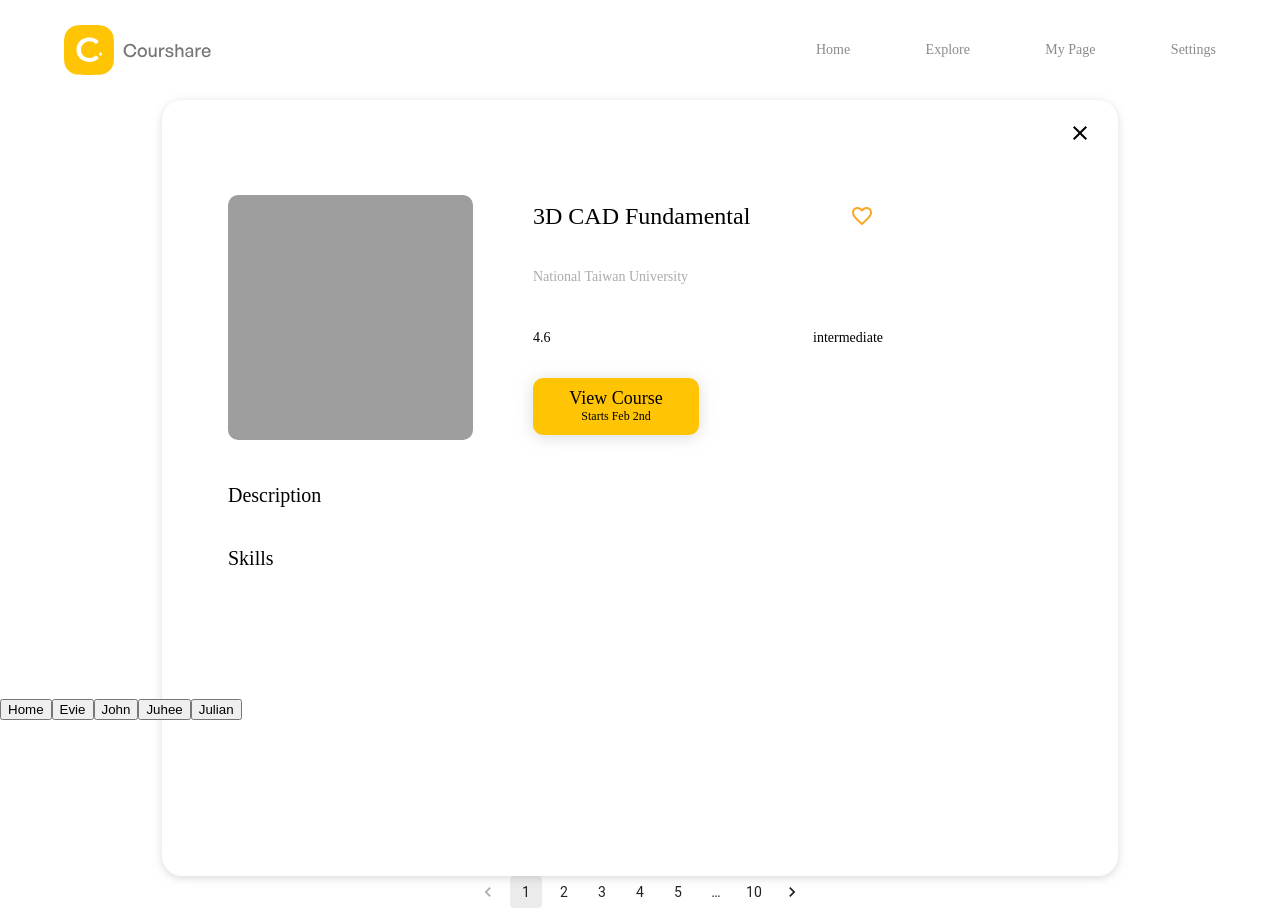
Repository: julianm09/courshare-app
Page: /comps/juhee
The author's editor kept a copy of each file at every save. The page is drawn from the files as they stood at one save, then again after the next save.
The browser window is 1280 px wide. The pictures show the whole page.
Pictures or frames that could not be fetched are drawn as grey boxes. The project was rebuilt for these pictures with package versions that can differ from the ones it lists, and the page was loaded fresh each time. The framework's server and built-in components were replaced by stand-ins that run in the browser. Also part of the build but not shown: next.config.js.

Above is the page before, as saved 2022-02-07 15:32:00.

### pages/_app.js
import "../styles/globals.css";
import styled from "styled-components";
import { useRouter } from "next/router";
import Navbar from "@/components/Navbar";

function MyApp({ Component, pageProps }) {
  const r = useRouter();
  return (
    <>
    <Navbar/>
      <Component {...pageProps} />

      <BotNav>
        <button onClick={() => r.push("/")}>Home</button>
        <button onClick={() => r.push("/comps/evie")}>Evie</button>
        <button onClick={() => r.push("/comps/john")}>John</button>
        <button onClick={() => r.push("/comps/juhee")}>Juhee</button>
        <button onClick={() => r.push("/comps/julian")}>Julian</button>
      </BotNav>
    </>
  );
}

const BotNav = styled.div`
  position: fixed;
  bottom: 0px;
`;

export default MyApp;

### pages/comps/juhee.js
import styled from "styled-components";
import CourseDetailCard from "@/components/CourseDetailCard";
import PageNavigation from "@/components/PageNavigation";

export default function Juhee() {
  return (
    <Cont>
      {/* make components here */}
      <CourseDetailCard></CourseDetailCard>
      <PageNavigation></PageNavigation>
    </Cont>
  );
}

const Cont = styled.div`
  display: flex;
  align-items: center;
  flex-direction: column;
  width: 100%;
`;

### styles/globals.css
@import url("general-sans.css");

html,
body {
  padding: 0;
  margin: 0;
  font-family: -apple-system, BlinkMacSystemFont, Segoe UI, Roboto, Oxygen,
    Ubuntu, Cantarell, Fira Sans, Droid Sans, Helvetica Neue, sans-serif;
}

a {
  color: inherit;
  text-decoration: none;
}

* {
  box-sizing: border-box;
}

### components/Navbar.js
import styled from "styled-components";
import { useState } from "react";
import { useRouter } from "next/router";

export default function Navbar({}) {
  const r = useRouter();

  const [menu, setMenu] = useState(false);

  const handleLink = (t) => {
    setMenu(false);
    r.push(t);
  };

  return (
    <NavbarUI>
      <Logo
        src="/logo.svg"
        selected={r.pathname == "/"}
        onClick={() => handleLink("/")}
      ></Logo>
      <Navigation>
        <LinkUI selected={r.pathname == "/"} onClick={() => handleLink("/")}>
          Home
        </LinkUI>
        <LinkUI
          selected={r.pathname == "/explore"}
          onClick={() => handleLink("/explore")}
        >
          Explore
        </LinkUI>
        <LinkUI
          selected={r.pathname == "/mypage"}
          onClick={() => handleLink("/mypage")}
        >
          My Page
        </LinkUI>
        <LinkUI
          selected={r.pathname == "/settings"}
          onClick={() => handleLink("/settings")}
        >
          Settings
        </LinkUI>
      </Navigation>
      <MenuIcon
        src={menu ? "/icons/close.svg" : "/icons/menu.svg"}
        onClick={() => setMenu(!menu)}
      />
      {menu ? (
        <MobileMenu>
          <LinkUI selected={r.pathname == "/"} onClick={() => handleLink("/")}>
            Home
          </LinkUI>
          <LinkUI
            selected={r.pathname == "/explore"}
            onClick={() => handleLink("/explore")}
          >
            Explore
          </LinkUI>
          <LinkUI
            selected={r.pathname == "/mypage"}
            onClick={() => handleLink("/mypage")}
          >
            My Page
          </LinkUI>
          <LinkUI
            selected={r.pathname == "/settings"}
            onClick={() => handleLink("/settings")}
          >
            Settings
          </LinkUI>
        </MobileMenu>
      ) : (
        <></>
      )}
    </NavbarUI>
  );
}

const NavbarUI = styled.div`
  width: 100%;
  padding: 0 5%;
  height: 100px;
  display: flex;
  align-items: center;
  justify-content: space-between;

  -webkit-touch-callout: none; /* iOS Safari */
  -webkit-user-select: none; /* Safari */
  -khtml-user-select: none; /* Konqueror HTML */
  -moz-user-select: none; /* Old versions of Firefox */
  -ms-user-select: none; /* Internet Explorer/Edge */
  user-select: none; /* Non-prefixed version, currently supported by Chrome, Edge, Opera and Firefox */
`;

const Logo = styled.img`
  cursor: pointer;
`;

const Navigation = styled.div`
  display: flex;
  justify-content: space-between;
  width: 400px;
  @media (max-width: 1000px) {
    display: none;
  }
`;

const LinkUI = styled.div`
  cursor: pointer;
  font-family: General Sans;
  font-style: normal;
  font-size: 14px;
  line-height: 24px;
  color: #8b8b8b;
  color: ${(props) => (props.selected ? "#595959" : "#8B8B8B")};
  font-weight: ${(props) => (props.selected ? "500" : "400")};
`;

const MenuIcon = styled.img`
  cursor: pointer;
  display: none;
  @media (max-width: 1000px) {
    display: flex;
  }
`;

const MobileMenu = styled.div`
  cursor: pointer;
  display: flex;
  position: absolute;
  height: 200px;
  flex-direction: column;
  justify-content: space-between;
  align-items: flex-end;
  top: 100px;
  width: 90%;
  @media (min-width: 1000px) {
    display: none;
  }
`;

### components/CourseDetailCard.js
import styled from "styled-components";
import { useState } from "react";
import Favorite from "@mui/icons-material/Favorite";
import FavoriteBorder from "@mui/icons-material/FavoriteBorder";
import { Checkbox } from "@mui/material";
import RegisterButton from "../components/RegisterButton";
import { yellow } from "@mui/material/colors";
import CloseIcon from "@mui/icons-material/Close";

const BigCont = styled.div`
  display: flex;
  flex-direction: column;
  width: 956px;
  height: 776px;
  background-color: #ffffff;
  box-shadow: 0px 2px 8px 0px rgba(185, 185, 185, 0.52);
  border-radius: 20px;
  font-family: General Sans;
`;
const ButtonCont = styled.div`
  display: flex;
  justify-content: flex-end;
  margin-right: 20px;
  margin-top: 20px;
`;

const ContentCont = styled.div`
  display: flex;
  flex-direction: column;
  justify-content: space-between;
  padding: 46px 66px 66px 66px;
`;
const FristCont = styled.div`
  display: flex;
  flex-direction: row;
`;
const LeftCont = styled.div``;

const Img = styled.img`
  width: 245px;
  height: 245px;
  border-radius: 10px;
`;
const Heading1 = styled.p`
  font-size: 24px;
  margin: 0;
  font-weight: 500;
`;

const GreyText = styled.p`
  color: #aaaaaa;
  font-size: 14px;
`;
const RightCont = styled.div`
  height: 245px;
  margin-left: 60px;
  display: flex;
  flex-direction: column;
  align-items: space-between;
`;
const RightSmallCont = styled.div`
  width: 350px;
  display: flex;
  flex-direction: row;
  justify-content: space-between;
  align-items: center;
  margin-bottom: 5%;
`;
const SecondCont = styled.div`
  margin-top: 20px;
`;
const Heading2 = styled.p`
  font-size: 20px;
  font-weight: 500;
`;
const Desc = styled.p`
  font-size: 14px;
`;
const ThirdCont = styled.div``;

export default function CourseDetailCard({
  name = "3D  CAD Fundamental",
  school = "National Taiwan University",
  rating = 4.6,
  difficulty = "intermediate",
  description = "",
  skills = "",
}) {
  return (
    <BigCont>
      <ButtonCont>
        <button style={{ border: "none", background: "none" }}>
          <CloseIcon />
        </button>
      </ButtonCont>
      <ContentCont>
        <FristCont>
          <LeftCont>
            <Img src="https://images.unsplash.com/photo-1600869009498-8d429f88d4f5?ixlib=rb-1.2.1&ixid=MnwxMjA3fDB8MHxwaG90by1wYWdlfHx8fGVufDB8fHx8&auto=format&fit=crop&w=2340&q=80" />
          </LeftCont>
          <RightCont>
            <RightSmallCont>
              <Heading1>{name}</Heading1>
              <Checkbox
                sx={{
                  color: yellow[800],
                  "&.Mui-checked": {
                    color: yellow[600],
                  },
                }}
                icon={<FavoriteBorder />}
                checkedIcon={<Favorite />}
              />
            </RightSmallCont>
            <RightSmallCont>
              <GreyText>{school}</GreyText>
            </RightSmallCont>
            <RightSmallCont>
              <Desc>{rating}</Desc>
              <Desc>{difficulty}</Desc>
            </RightSmallCont>
            <RightSmallCont>
              <RegisterButton />
            </RightSmallCont>
          </RightCont>
        </FristCont>
        <SecondCont>
          <Heading2>Description</Heading2>
          <Desc>{description}</Desc>
        </SecondCont>
        <ThirdCont>
          <Heading2>Skills</Heading2>
          <Desc>{skills}</Desc>
        </ThirdCont>
      </ContentCont>
    </BigCont>
  );
}

### components/PageNavigation.js
import styled from "styled-components";
import Pagination from "@mui/material/Pagination";
import Stack from "@mui/material/Stack";
import { makeStyles } from "@mui/styles";
import { useState } from "react";

const Cont = styled.div``;

const useStyles = makeStyles(() => ({
  ul: {
    "& .MuiPaginationItem-root": {
      border: "#FFC403",
    },
  },
}));
export default function PageNavigation({}) {
  const classes = useStyles();
  return (
    <Cont>
      <Pagination
        count={10}
        variant="outlined"
        shape="rounded"
        classes={{ ul: classes.ul }}
      />
    </Cont>
  );
}

### styles/general-sans.css
/**
 * @license
 *
 * Font Family: General Sans
 * Designed by: Frode Helland
 * URL: https://www.fontshare.com/fonts/general-sans
 * © 2021 Indian Type Foundry
 *
 * Font Styles:
 * General Sans Variable(Variable font)
 * General Sans Variable Italic(Variable font)
 * General Sans Extralight
 * General Sans Extralight Italic
 * General Sans Light
 * General Sans Light Italic
 * General Sans Regular
 * General Sans Italic
 * General Sans Medium
 * General Sans Medium Italic
 * General Sans Semibold
 * General Sans Semibold Italic
 * General Sans Bold
 * General Sans Bold Italic
 *
*/


/**
* This is a variable font
* You can controll variable axes as shown below:
* font-variation-settings: 'wght' 700.0;
*
* available axes:

* 'wght' (range from 200.0 to 700.0)

*/

@font-face {
  font-family: 'GeneralSans-Variable';
  src: url('../fonts/GeneralSans-Variable.woff2') format('woff2'),
       url('../fonts/GeneralSans-Variable.woff') format('woff'),
       url('../fonts/GeneralSans-Variable.ttf') format('truetype');
       font-weight: 200 700;
       font-display: swap;
       font-style: normal;
}


/**
* This is a variable font
* You can controll variable axes as shown below:
* font-variation-settings: 'wght' 700.0;
*
* available axes:

* 'wght' (range from 200.0 to 700.0)

*/

@font-face {
  font-family: 'GeneralSans-VariableItalic';
  src: url('../fonts/GeneralSans-VariableItalic.woff2') format('woff2'),
       url('../fonts/GeneralSans-VariableItalic.woff') format('woff'),
       url('../fonts/GeneralSans-VariableItalic.ttf') format('truetype');
       font-weight: 200 700;
       font-display: swap;
       font-style: italic;
}


@font-face {
  font-family: 'GeneralSans-Extralight';
  src: url('../fonts/GeneralSans-Extralight.woff2') format('woff2'),
       url('../fonts/GeneralSans-Extralight.woff') format('woff'),
       url('../fonts/GeneralSans-Extralight.ttf') format('truetype');
       font-weight: 200;
       font-display: swap;
       font-style: normal;
}


@font-face {
  font-family: 'GeneralSans-ExtralightItalic';
  src: url('../fonts/GeneralSans-ExtralightItalic.woff2') format('woff2'),
       url('../fonts/GeneralSans-ExtralightItalic.woff') format('woff'),
       url('../fonts/GeneralSans-ExtralightItalic.ttf') format('truetype');
       font-weight: 200;
       font-display: swap;
       font-style: italic;
}


@font-face {
  font-family: 'GeneralSans-Light';
  src: url('../fonts/GeneralSans-Light.woff2') format('woff2'),
       url('../fonts/GeneralSans-Light.woff') format('woff'),
       url('../fonts/GeneralSans-Light.ttf') format('truetype');
       font-weight: 300;
       font-display: swap;
       font-style: normal;
}


@font-face {
  font-family: 'GeneralSans-LightItalic';
  src: url('../fonts/GeneralSans-LightItalic.woff2') format('woff2'),
       url('../fonts/GeneralSans-LightItalic.woff') format('woff'),
       url('../fonts/GeneralSans-LightItalic.ttf') format('truetype');
       font-weight: 300;
       font-display: swap;
       font-style: italic;
}


@font-face {
  font-family: 'GeneralSans-Regular';
  src: url('../fonts/GeneralSans-Regular.woff2') format('woff2'),
       url('../fonts/GeneralSans-Regular.woff') format('woff'),
       url('../fonts/GeneralSans-Regular.ttf') format('truetype');
       font-weight: 400;
       font-display: swap;
       font-style: normal;
}


@font-face {
  font-family: 'GeneralSans-Italic';
  src: url('../fonts/GeneralSans-Italic.woff2') format('woff2'),
       url('../fonts/GeneralSans-Italic.woff') format('woff'),
       url('../fonts/GeneralSans-Italic.ttf') format('truetype');
       font-weight: 400;
       font-display: swap;
       font-style: italic;
}


@font-face {
  font-family: 'GeneralSans-Medium';
  src: url('../fonts/GeneralSans-Medium.woff2') format('woff2'),
       url('../fonts/GeneralSans-Medium.woff') format('woff'),
       url('../fonts/GeneralSans-Medium.ttf') format('truetype');
       font-weight: 500;
       font-display: swap;
       font-style: normal;
}


@font-face {
  font-family: 'GeneralSans-MediumItalic';
  src: url('../fonts/GeneralSans-MediumItalic.woff2') format('woff2'),
       url('../fonts/GeneralSans-MediumItalic.woff') format('woff'),
       url('../fonts/GeneralSans-MediumItalic.ttf') format('truetype');
       font-weight: 500;
       font-display: swap;
       font-style: italic;
}


@font-face {
  font-family: 'GeneralSans-Semibold';
  src: url('../fonts/GeneralSans-Semibold.woff2') format('woff2'),
       url('../fonts/GeneralSans-Semibold.woff') format('woff'),
       url('../fonts/GeneralSans-Semibold.ttf') format('truetype');
       font-weight: 600;
       font-display: swap;
       font-style: normal;
}


@font-face {
  font-family: 'GeneralSans-SemiboldItalic';
  src: url('../fonts/GeneralSans-SemiboldItalic.woff2') format('woff2'),
       url('../fonts/GeneralSans-SemiboldItalic.woff') format('woff'),
       url('../fonts/GeneralSans-SemiboldItalic.ttf') format('truetype');
       font-weight: 600;
       font-display: swap;
       font-style: italic;
}


@font-face {
  font-family: 'GeneralSans-Bold';
  src: url('../fonts/GeneralSans-Bold.woff2') format('woff2'),
       url('../fonts/GeneralSans-Bold.woff') format('woff'),
       url('../fonts/GeneralSans-Bold.ttf') format('truetype');
       font-weight: 700;
       font-display: swap;
       font-style: normal;
}


@font-face {
  font-family: 'GeneralSans-BoldItalic';
  src: url('../fonts/GeneralSans-BoldItalic.woff2') format('woff2'),
       url('../fonts/GeneralSans-BoldItalic.woff') format('woff'),
       url('../fonts/GeneralSans-BoldItalic.ttf') format('truetype');
       font-weight: 700;
       font-display: swap;
       font-style: italic;
}

### components/RegisterButton.js
import styled from "styled-components";

const RegisterBtn = styled.button`
  width: 166px;
  height: 57px;
  background-color: ${(props) => props.background};
  color: #000000;
  filter: drop-shadow(0px 2px 8px rgba(185, 185, 185, 0.52));
  border-radius: 10px;
  border: none;
  display: flex;
  flex-direction: column;
  justify-content: center;
  align-items: center;
`;
const Header = styled.div`
  font-family: General Sans;
  font-style: normal;
  font-weight: 500;
  font-size: 18px;
  color: #000000;
  margin-left: auto;
  margin-right: auto;
`;

const Text = styled.div`
font-family: General Sans;
font-style: normal;
font-weight: normal;
font-size: 12px;
color: #000000;
margin-left: auto;
margin-right: auto;

}
`;

const RegisterButton = ({
  text = "View Course",
  data = "Starts Feb 2nd",
  background = "#FFC403",
}) => {
  return (
    <RegisterBtn background={background}>
      <Header>{text}</Header>
      <Text>{data}</Text>
    </RegisterBtn>
  );
};

export default RegisterButton;

Loaded but not shown: pages/_document.js (common file)

After the next save:
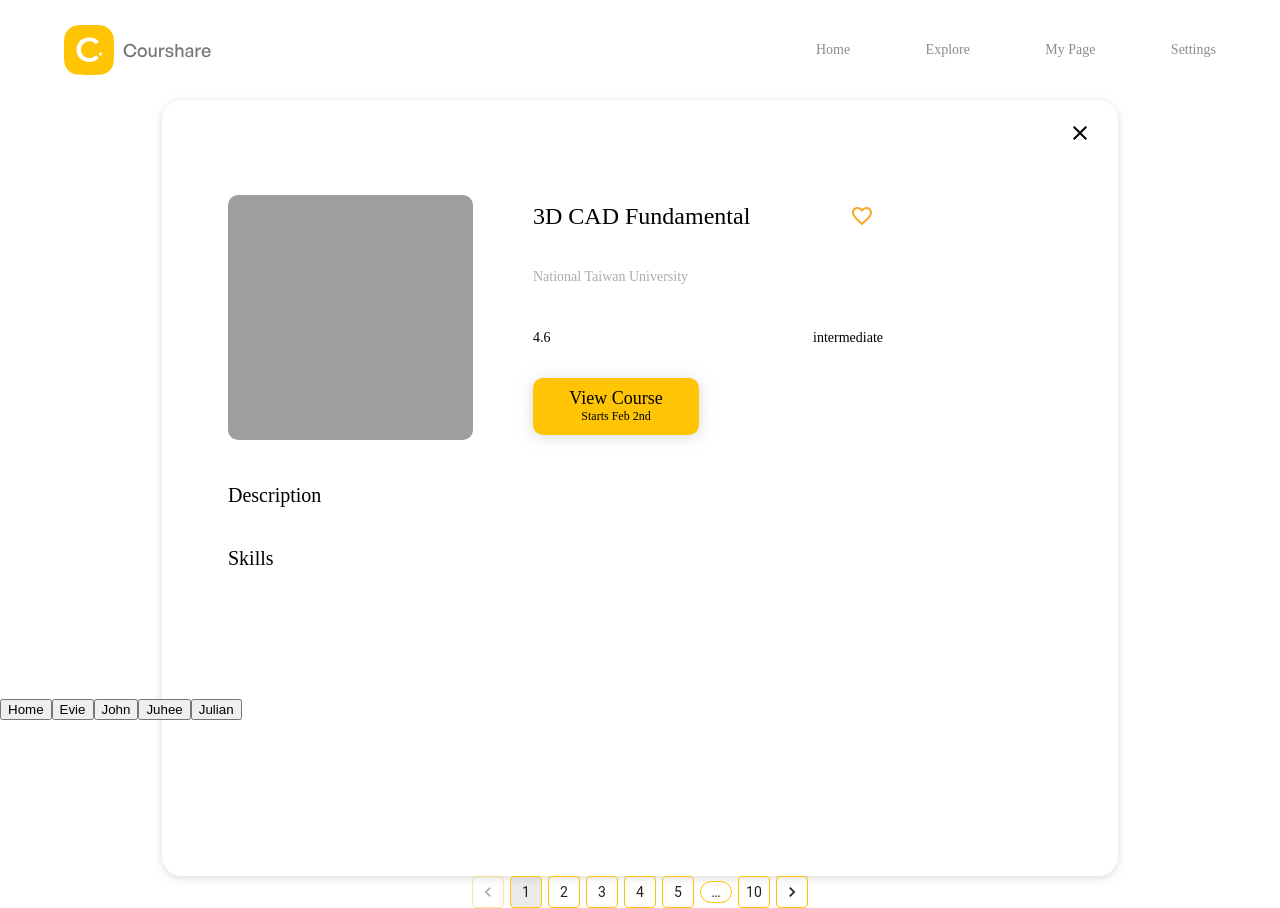
Saved 19 s later.
--- a/components/PageNavigation.js
+++ b/components/PageNavigation.js
@@ -9,7 +9,7 @@ const Cont = styled.div``;
 const useStyles = makeStyles(() => ({
   ul: {
     "& .MuiPaginationItem-root": {
-      border: "#FFC403",
+      border: "1px, solid, #FFC403",
     },
   },
 }));
